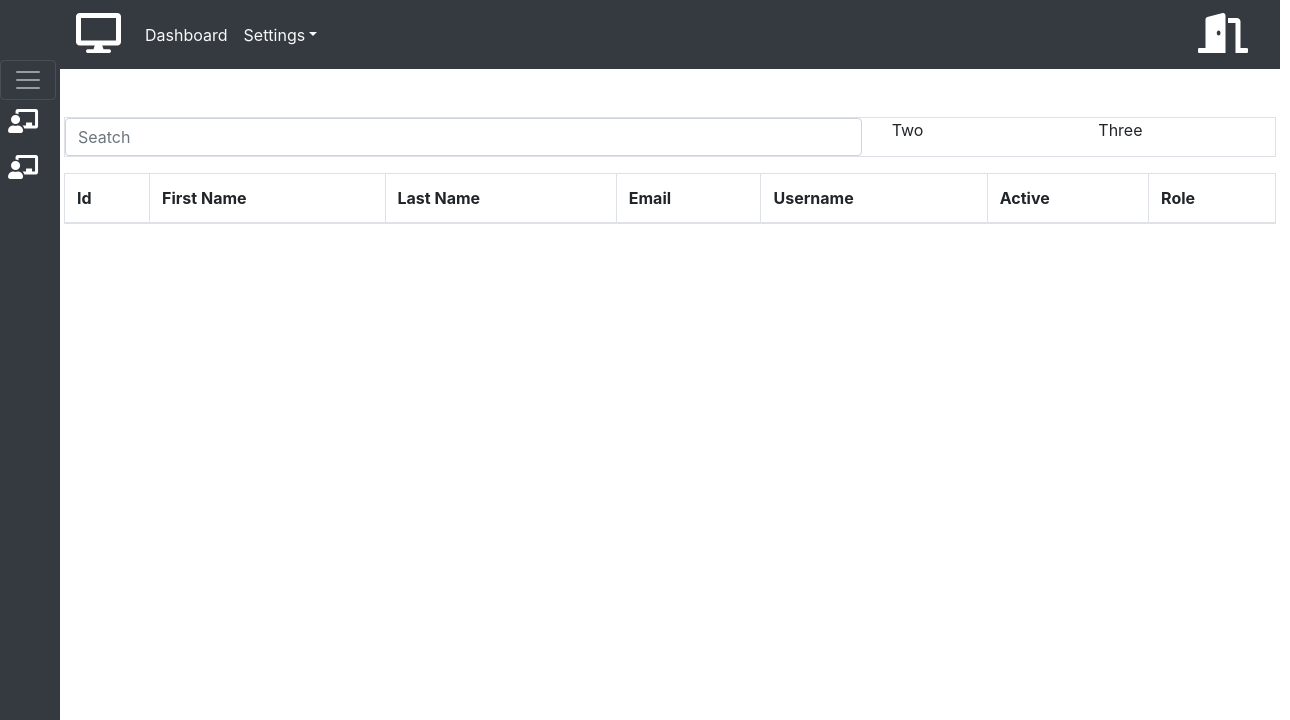
Repository: Pjosif/iDesk
Page: http://localhost/web/protected/userAdm.jsp
An editor plug-in stored every save of this project. The page is shown before and after a run of saves, followed by the edit.
The browser window is 1280 px wide. The page is 1290 px wide, so the pictures cover 1290 px, including what lies to the right of the window. The pictures show the whole page.
Some web libraries are served in a nearby version. The page is served by Tomcat 9. Nobody is signed in. The application's start-up code is not run. Other server files are loaded and not shown. The template is opened directly, without the code that normally fills it, so the values that code supplies are empty.

Above is the page before, as saved 2018-08-01 12:28:58.

### main/web/src/main/webapp/protected/userAdm.jsp
<%@ page language="java" contentType="text/html; charset=ISO-8859-1" pageEncoding="ISO-8859-1"%>
<!DOCTYPE html>
<%@ taglib uri="http://www.springframework.org/tags/form" prefix="form"%>
<%@ taglib uri="http://java.sun.com/jsp/jstl/core" prefix="c"%>
<html>
<head>
<meta charset="utf-8">
<meta name="viewport" content="width=device-width, initial-scale=1, shrink-to-fit=no">
<link href="../resources/css/bootstrap.css" rel="stylesheet">
<link rel="stylesheet" href="https://use.fontawesome.com/releases/v5.1.0/css/all.css" integrity="sha384-lKuwvrZot6UHsBSfcMvOkWwlCMgc0TaWr+30HWe3a4ltaBwTZhyTEggF5tJv8tbt" crossorigin="anonymous">
<link href="../resources/css/sidenav.css" rel="stylesheet">
<title>User Management</title>
</head>
<body>
	<jsp:include page="../master/sidenav.jsp" />
	<div id="main" class="main">
		<jsp:include page="../master/header.jsp" />
		<div class="border mt-5 mx-1">
			<div class="row">
				<div class="col-md-8">
					<input type="text" class="form-control" placeholder="Seatch" aria-label="Search">
				</div>
				<div class="col-md-2">Two</div>
				<div class="col-md-2">Three</div>
			</div>
		</div>

		<div class="mt-3 mx-1">
			<table class="table table-bordered">
				<thead>
					<tr>
						<th scope="col">Id</th>
						<th scope="col">First Name</th>
						<th scope="col">Last Name</th>
						<th scope="col">Email</th>
						<th scope="col">Username</th>
						<th scope="col">Active</th>
						<th scope="col">Role</th>
					</tr>
				</thead>
				<c:forEach var="emp" items="${list}">
					<tr>
						<th scope="row">${emp.id}</th>
						<td>${emp.firstName}</td>
						<td>${emp.lastName}</td>
						<td>${emp.email}</td>
						<td>${emp.username}</td>
						<td>${emp.active}</td>
						<td>${emp.role.role}</td>
					</tr>
				</c:forEach>
			</table>
		</div>

	</div>
	<script src="https://code.jquery.com/jquery-3.3.1.slim.min.js" integrity="sha384-q8i/X+965DzO0rT7abK41JStQIAqVgRVzpbzo5smXKp4YfRvH+8abtTE1Pi6jizo" crossorigin="anonymous"></script>
	<script src="https://cdnjs.cloudflare.com/ajax/libs/popper.js/1.14.3/umd/popper.min.js" integrity="sha384-ZMP7rVo3mIykV+2+9J3UJ46jBk0WLaUAdn689aCwoqbBJiSnjAK/l8WvCWPIPm49" crossorigin="anonymous"></script>
	<script src="../resources/js/bootstrap.min.js"></script>
</body>
</html>

### main/web/src/main/webapp/master/sidenav.jsp
<div id=sideNav class=sidenav>
	<div class="navbar-dark">
		<button class="navbar-toggler" type="button" onclick="togleNav()">
			<span class="navbar-toggler-icon"></span>
		</button>
	</div>
	<ul>
		<li>
			<a href="#">
				<i class="fas fa-chalkboard-teacher"></i>Incident
			</a>
		</li>
		<li>
			<a href="#">
				<i class="fas fa-chalkboard-teacher"></i>Request
			</a>
		</li>

		<!-- 		<a href="#"><i class="fas fa-chalkboard-teacher"></i>MENU 3</a> -->
		<!-- 		<a href="#"><i class="fas fa-chalkboard-teacher"></i>MENU 4</a> -->
	</ul>
</div>
<script>
	function togleNav() {
		var navigator = document.getElementById("sideNav");
		if (navigator.style.width === "200px") {
			closeNav();
		} else {
			openNav();
		}
	}

	function openNav() {
		document.getElementById("sideNav").style.width = "200px";
		document.getElementById("main").style.marginLeft = "200px";
	}

	function closeNav() {
		document.getElementById("sideNav").style.width = "60px";
		document.getElementById("main").style.marginLeft = "60px";
	}
</script>

### main/web/src/main/webapp/master/header.jsp
<%@ taglib prefix="sec" uri="http://www.springframework.org/security/tags" %>
<nav class="navbar navbar-expand-sm navbar-dark bg-dark">
	<div>
		<a class="navbar-brand" href="home">
			<i class="fas fa-desktop fa-2x"></i>
		</a>
	</div>
	<button class="navbar-toggler" type="button" data-toggle="collapse" data-target="header" aria-controls="header" aria-expanded="false" aria-label="Toggle navigation">
		<span class="navbar-toggler-icon"></span>
	</button>
	<div class="collapse navbar-collapse" id="header">
		<ul class="navbar-nav mr-auto">
			<li class="nav-item">
				<a class="nav-link text-light" href="#">Dashboard</a>
			</li>
			<li class="nav-item dropdown">
				<a class="nav-link dropdown-toggle text-light" style="cursor:pointer" id="settings" data-toggle=dropdown aria-haspopup="true" aria-expanded="false">Settings</a>
				<div class="dropdown-menu" aria-labelledby="settings">
					<a class="dropdown-item" href="#">Configuration Item</a>
				</div>
			</li>
			<sec:authorize access="hasAuthority('ADMIN_PRIVILEGE')">
			<li class="nav-item dropdown">
				<a class="nav-link dropdown-toggle text-light" style="cursor: pointer" id="dropdown03" data-toggle="dropdown" aria-haspopup="true" aria-expanded="false">Administrator</a>
				<div class="dropdown-menu" aria-labelledby="dropdown03">
					<a class="dropdown-item" href="userlist">Users</a>
					<a class="dropdown-item" href="rolelist">Roles</a>
					<a class="dropdown-item" href="privlist">Privilege</a>
				</div>
			</li>
			</sec:authorize>
		</ul>
		<a class="navbar-brand" href="logout">
			<i class="fas fa-door-open fa-2x"></i>
		</a>
	</div>
</nav>

### main/web/src/main/webapp/resources/css/sidenav.css
.main {
	margin-left: 60px;
}

.sidenav {
    height: 100%;
    width: 60px;
    position: fixed;
    z-index: 1;
    top: 0;
    left: 0;
    background-color: #343a40;
    overflow-x: hidden;
    transition: 0.5s;
    padding-top: 60px;
}

.sidenav a {
	width:250px;
    padding: 8px 8px 8px 8px;
    text-decoration: none;
    font-size: 20px;
    color: #FFFFFF;
    display: block;
    transition: 0.3s;
}

.sidenav i {
	padding-right: 22px;
	font-size: 24px;
}

.sidenav ul {
	list-style-type: none;
	padding: 0;
}

.sidenav a:hover {
    color: #f1f1f1;
}

.sidenav .closebtn {
    position: absolute;
    top: 0;
    right: 25px;
    font-size: 36px;
    margin-left: 50px;
}

@media screen and (max-height: 450px) {
  .sidenav {padding-top: 15px;}
  .sidenav a {font-size: 18px;}
}

Loaded but not shown: main/web/src/main/webapp/resources/css/bootstrap.css (library); main/web/src/main/webapp/resources/js/bootstrap.min.js (library)

After the next 2 saves:
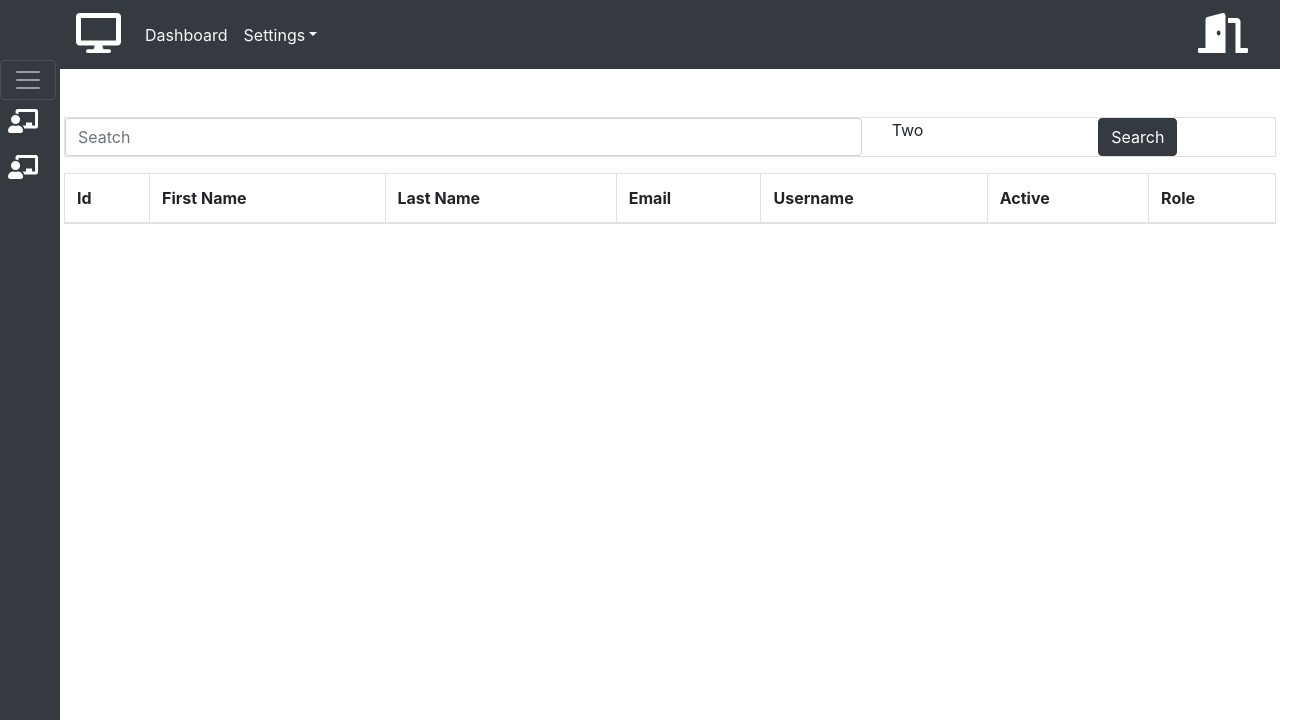
The 2 saves are shown as one change because they came seconds apart.
The last was saved 21 min 21 s later.
--- a/main/web/src/main/webapp/protected/userAdm.jsp
+++ b/main/web/src/main/webapp/protected/userAdm.jsp
@@ -21,7 +21,7 @@
 					<input type="text" class="form-control" placeholder="Seatch" aria-label="Search">
 				</div>
 				<div class="col-md-2">Two</div>
-				<div class="col-md-2">Three</div>
+				<div class="col-md-2"><button type="button" class="btn btn-dark">Search</button></div>
 			</div>
 		</div>
 
